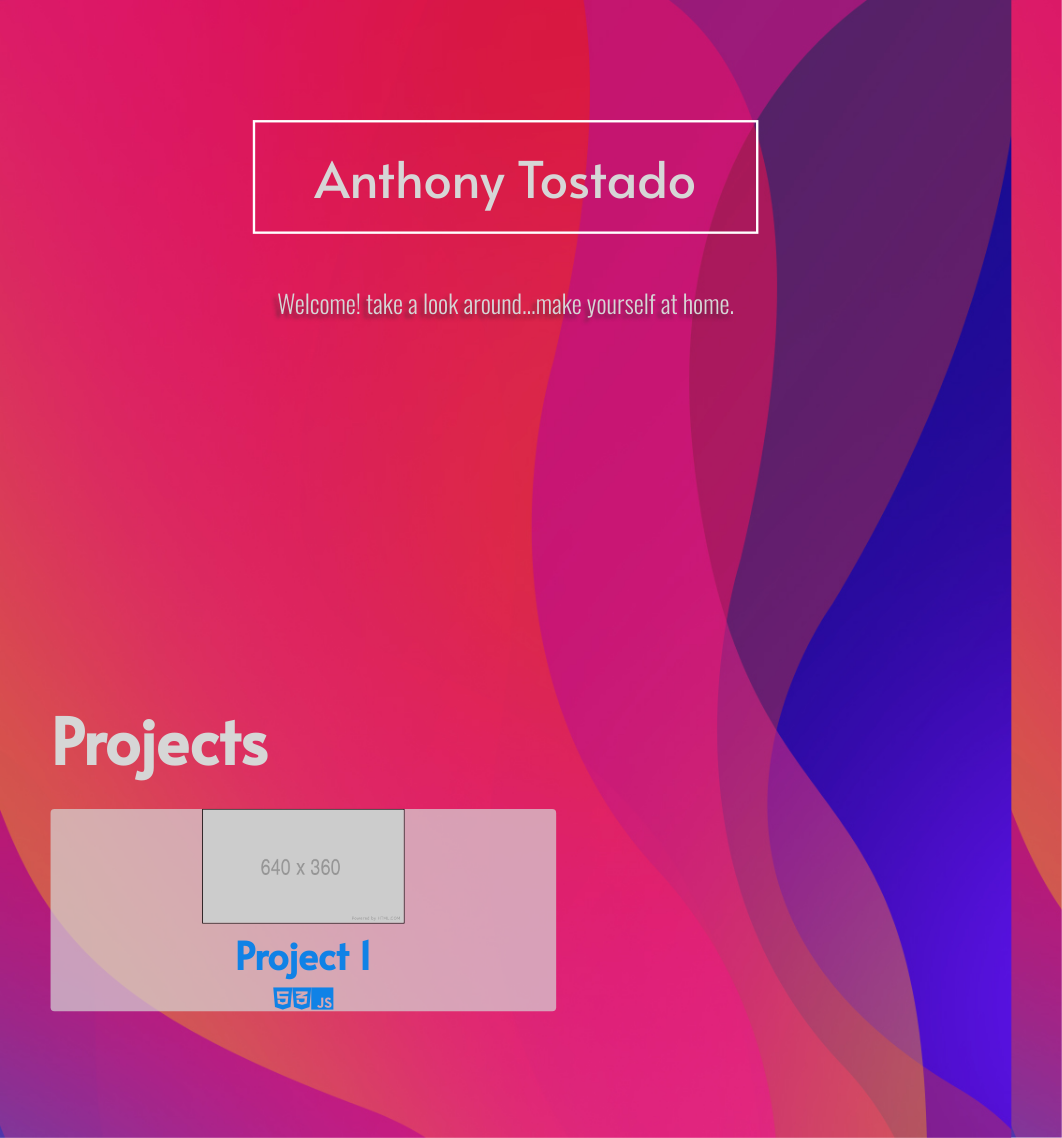
Repository: sloppytony/newport
Page: / (app in portfolio/)
The author's editor kept a copy of each file at every save. The page is drawn from the files as they stood at one save, then again after the next save.
The browser window is 1280 px wide. The page is 1344 px wide, so the pictures cover 1344 px, including what lies to the right of the window. The pictures show the whole page, at 79% of full size.
Backgrounds fixed to the window are drawn as part of the page. Some web libraries are served in a nearby version. The project was rebuilt for these pictures with package versions that can differ from the ones it lists, and the page was loaded fresh each time.

Above is the page before, as saved 2020-08-23 14:07:05.

After the next save:
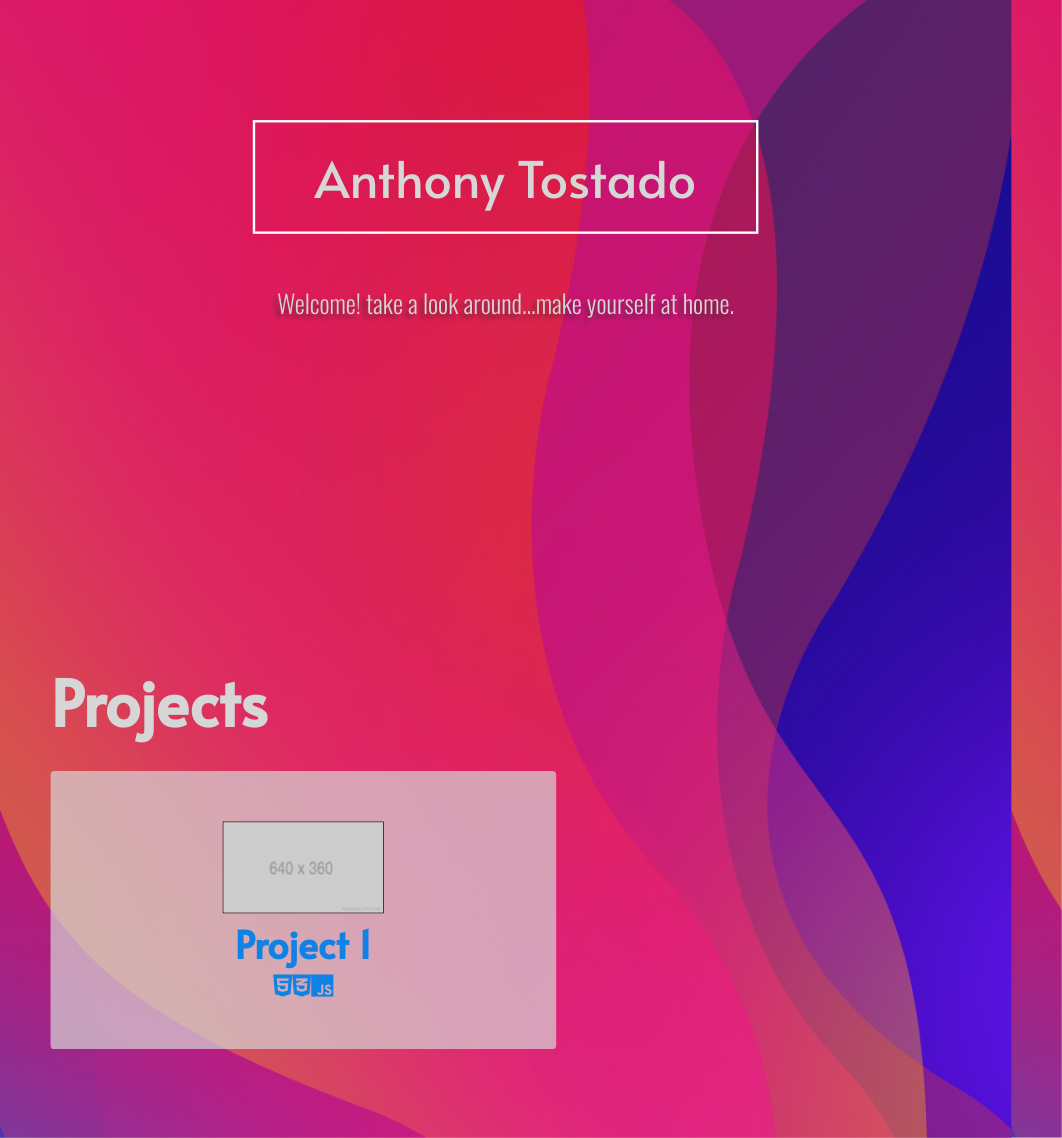
Saved 32 s later.
--- a/portfolio/src/App.css
+++ b/portfolio/src/App.css
@@ -89,6 +89,7 @@ div.card1 {
   background: rgb(214, 214, 214, 0.7);
   border-radius: 5px 5px 5px;
   margin-left: 5%;
+  padding: 5%;
 }
 
 .cardImage {
